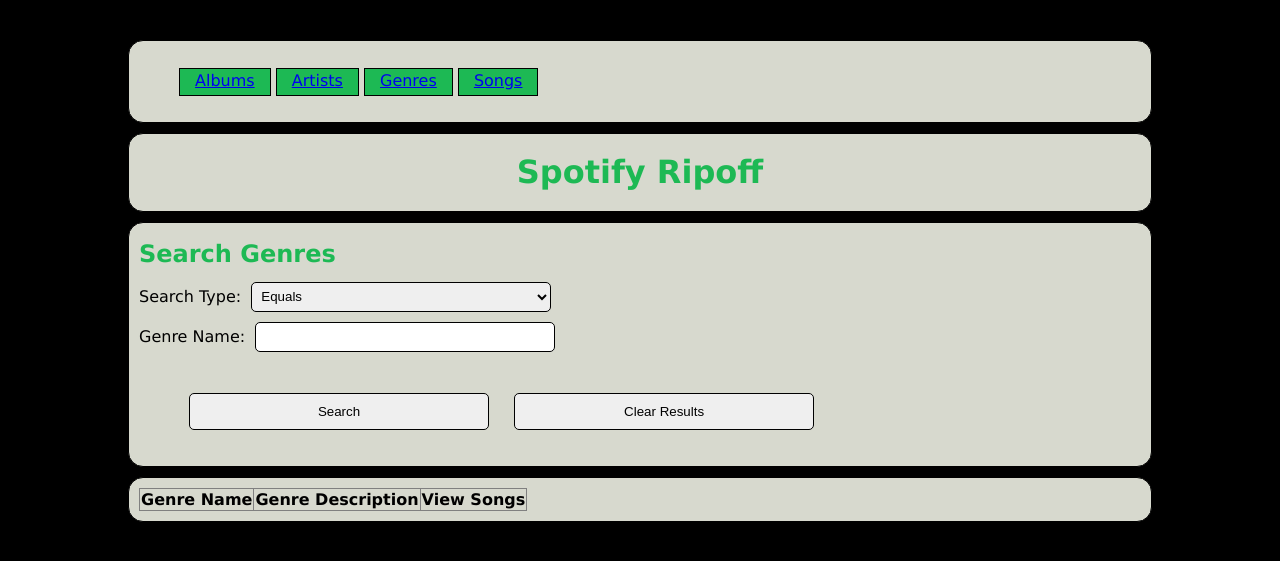
Repository: RRGTHWAR/bkg16_INFSCI1017
Page: bkg16_Music_FinalProject/WebContent/genre.html
These files come from the project's save history. The page is drawn as it stood at one moment and after the next save; the edit follows.
The browser window is 1280 px wide. The pictures show the whole page.

Above is the page before, as saved 2019-04-14 13:45:18.

After the next save:
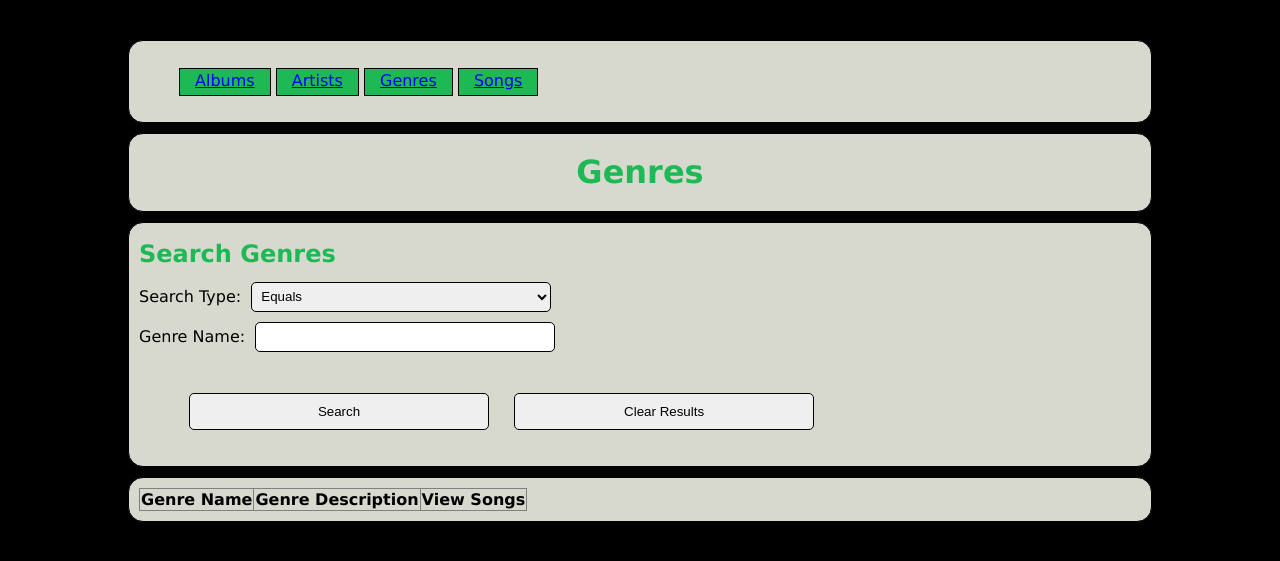
Saved 6 s later.
--- a/bkg16_Music_FinalProject/WebContent/genre.html
+++ b/bkg16_Music_FinalProject/WebContent/genre.html
@@ -15,7 +15,7 @@
 			<li><a href="song.html" title="Songs">Songs</a></li>
 		</ul>
 	</div>
-	<h1 id="mainHeader" >Spotify Ripoff</h1>
+	<h1 id="mainHeader" >Genres</h1>
 
 	<div id="genreSearch" class="searchBox" >
 		<h2>Search Genres</h2>
